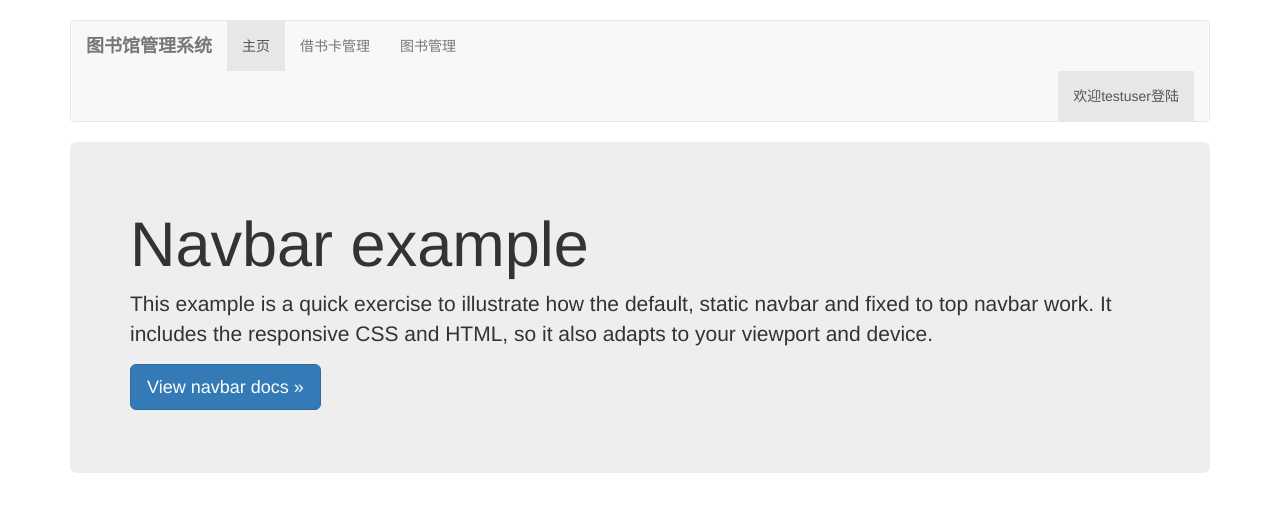
Repository: chaice/code
Page: http://localhost/web5/home
The author's editor kept a copy of each file at every save. The page is drawn from the files as they stood at one save, then again after the next save.
The browser window is 1280 px wide. The pictures show the whole page.
Some web libraries are served in a nearby version. The page is served by Tomcat 9. The session is filled in as if someone had signed in: {"username": "testuser"}. Other server files are loaded and not shown.

Above is the page before, as saved 2016-06-01 08:17:00.

### web5/WebContent/WEB-INF/views/home.jsp
<%@ page language="java" contentType="text/html; charset=UTF-8"
	pageEncoding="UTF-8"%>
<!DOCTYPE html>
<html>
<head>
<meta charset="UTF-8">
<title>主页</title>
<%@ include file="head.jsp"%>
        <div class="jumbotron">
        <h1>Navbar example</h1>
        <p>This example is a quick exercise to illustrate how the default, static navbar and fixed to top navbar work. It includes the responsive CSS and HTML, so it also adapts to your viewport and device.</p>
        <p>
          <a class="btn btn-lg btn-primary" href="../../components/#navbar" role="button">View navbar docs &raquo;</a>
        </p>
      </div>
    </div>
    <script src="//cdn.bootcss.com/jquery/1.11.3/jquery.min.js"></script>
    <script src="//cdn.bootcss.com/bootstrap/3.3.5/js/bootstrap.min.js"></script>
<script>
	$("ul>li:nth-child(1)").addClass("active");
</script>
</body>
</html>

### web5/WebContent/WEB-INF/views/head.jsp
<%@ page language="java" contentType="text/html; charset=UTF-8"
	pageEncoding="UTF-8"%>
<link href="//cdn.bootcss.com/bootstrap/3.3.5/css/bootstrap.min.css"
	rel="stylesheet">
<style>
body {
	padding-top: 20px;
	padding-bottom: 20px;
}

.navbar {
	margin-bottom: 20px;
}
</style>
</head>

<body>
	<%
		String name = (String) session.getAttribute("username");
		if (name == null) {
			response.sendRedirect("/index.jsp");
		}
	%>
	<div class="container">
		<nav class="navbar navbar-default">
			<div class="container-fluid">
				<div class="navbar-header">
					<strong class="navbar-brand">图书馆管理系统</strong>
				</div>
				<div id="navbar" class="navbar-collapse collapse">
					<ul class="nav navbar-nav">
						<li><a href="/home">主页</a></li>
						<li><a href="/card">借书卡管理</a></li>
						<li><a href="/book">图书管理</a></li>
					</ul>
				</div>
				<div style="float:right"><ul class="nav navbar-nav"><li><a>欢迎<%=name%>登陆</a></li></ul></div>
			</div>
		</nav>

### web5/src/com/ccit/myservlet/Home.java
package com.ccit.myservlet;

import java.io.IOException;
import javax.servlet.ServletException;
import javax.servlet.http.HttpServlet;
import javax.servlet.http.HttpServletRequest;
import javax.servlet.http.HttpServletResponse;

public class Home extends HttpServlet {
	private static final long serialVersionUID = 1L;

    public Home() {
        super();

    }


	protected void doGet(HttpServletRequest request, HttpServletResponse response) throws ServletException, IOException {
		request.getRequestDispatcher("/WEB-INF/views/home.jsp").forward(request, response);
	}



}

After the next save:
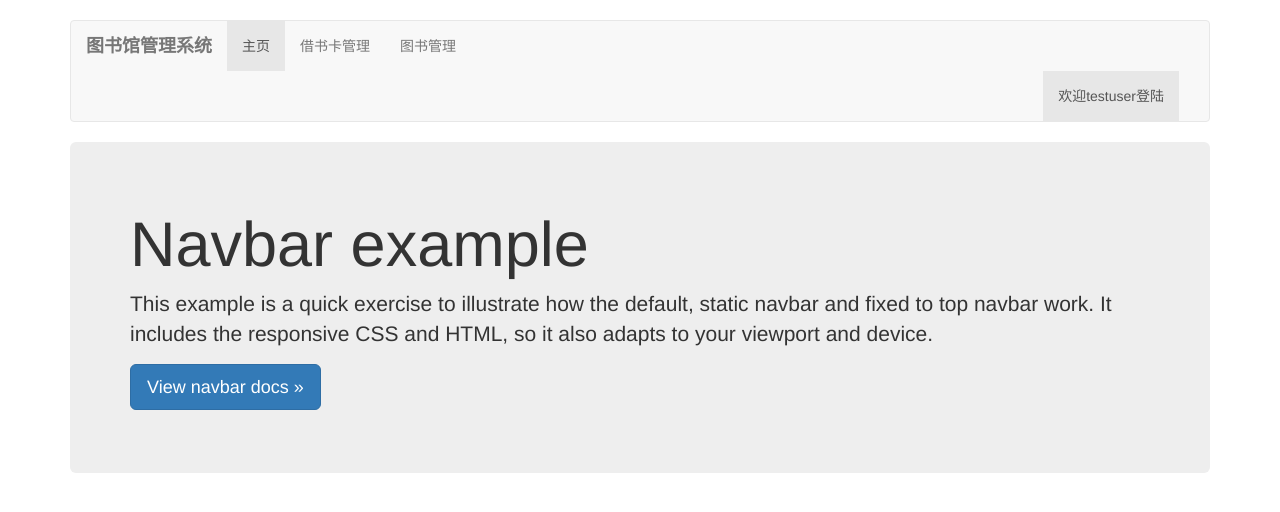
Saved 15 s later.
--- a/web5/WebContent/WEB-INF/views/head.jsp
+++ b/web5/WebContent/WEB-INF/views/head.jsp
@@ -34,6 +34,6 @@ body {
 						<li><a href="/book">图书管理</a></li>
 					</ul>
 				</div>
-				<div style="float:right"><ul class="nav navbar-nav"><li><a>欢迎<%=name%>登陆</a></li></ul></div>
+				<div id="navbar" class="navbar-collapse collapse" style="float:right"><ul class="nav navbar-nav"><li><a>欢迎<%=name%>登陆</a></li></ul></div>
 			</div>
 		</nav>
